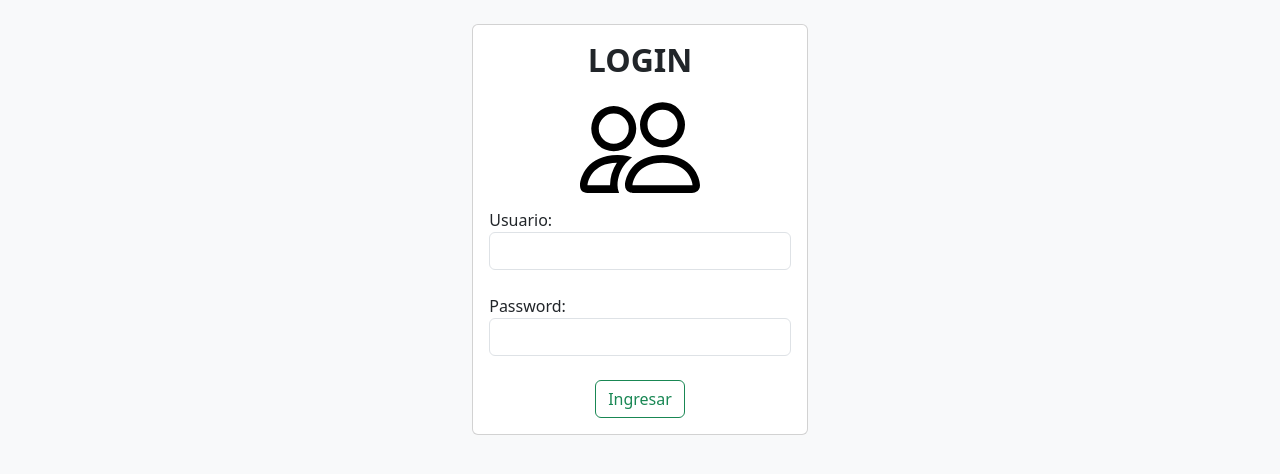
Repository: WilmerOcampo/LP1_Biblioteca
Page: http://localhost/Proyecto/login.jsp
The author's editor kept a copy of each file at every save. The page is drawn from the files as they stood at one save, then again after the next save.
The browser window is 1280 px wide. The pictures show the whole page.
The page is served by Tomcat 10. Other server files are loaded and not shown.

Above is the page before, as saved 2023-05-31 16:20:48.

### Proyecto/src/main/webapp/login.jsp
<%@ page language="java" contentType="text/html; charset=ISO-8859-1"
    pageEncoding="ISO-8859-1"%>
<!DOCTYPE html>
<html>
<head>
<meta charset="ISO-8859-1">
<link href="https://cdn.jsdelivr.net/npm/bootstrap@5.3.0-alpha3/dist/css/bootstrap.min.css" rel="stylesheet" integrity="sha384-KK94CHFLLe+nY2dmCWGMq91rCGa5gtU4mk92HdvYe+M/SXH301p5ILy+dN9+nJOZ" crossorigin="anonymous">
<title>Login</title>
</head>
<body class="bg-light">
	<div class="container mt-4 col-lg-4 d-flex justify-content-center">
		<div class="card col-sm-10">
			<div class="card-body">
				<form action="ValidarServlet" method="POST" class="form-sign">
					<div class="form-group text-center d-flex flex-column justify-content-center align-items-center">
						<h3 style="font-weight: 700; font-size: 2rem; text-transform: uppercase;">Login</h3>
						<img alt="Logo" src="img/people.svg" width="40%">
					</div>
					<div class="form-group">
						<label>Usuario:</label>
						<input type="text" name="usuario" id="usuario" class="form-control">
					</div>
					<br>
					<div class="form-group">
						<label>Password:</label>
						<input type="password" name="password" id="password" class="form-control">
					</div>
					<br>
					<div style="text-align: center">
						<input type="submit" name="accion" value="Ingresar" class="btn btn-outline-success">
					</div>

				</form>
			</div>
		</div>
	</div>
<script src="https://cdn.jsdelivr.net/npm/bootstrap@5.3.0-alpha3/dist/js/bootstrap.bundle.min.js" integrity="sha384-ENjdO4Dr2bkBIFxQpeoTz1HIcje39Wm4jDKdf19U8gI4ddQ3GYNS7NTKfAdVQSZe" crossorigin="anonymous"></script>
</body>
</html>

### Proyecto/src/main/webapp/img/people.svg
<svg xmlns="http://www.w3.org/2000/svg" width="16" height="16" fill="currentColor" class="bi bi-people" viewBox="0 0 16 16">
  <path d="M15 14s1 0 1-1-1-4-5-4-5 3-5 4 1 1 1 1h8Zm-7.978-1A.261.261 0 0 1 7 12.996c.001-.264.167-1.03.76-1.72C8.312 10.629 9.282 10 11 10c1.717 0 2.687.63 3.24 1.276.593.69.758 1.457.76 1.72l-.008.002a.274.274 0 0 1-.014.002H7.022ZM11 7a2 2 0 1 0 0-4 2 2 0 0 0 0 4Zm3-2a3 3 0 1 1-6 0 3 3 0 0 1 6 0ZM6.936 9.28a5.88 5.88 0 0 0-1.23-.247A7.35 7.35 0 0 0 5 9c-4 0-5 3-5 4 0 .667.333 1 1 1h4.216A2.238 2.238 0 0 1 5 13c0-1.01.377-2.042 1.09-2.904.243-.294.526-.569.846-.816ZM4.92 10A5.493 5.493 0 0 0 4 13H1c0-.26.164-1.03.76-1.724.545-.636 1.492-1.256 3.16-1.275ZM1.5 5.5a3 3 0 1 1 6 0 3 3 0 0 1-6 0Zm3-2a2 2 0 1 0 0 4 2 2 0 0 0 0-4Z"/>
</svg>

After the next save:
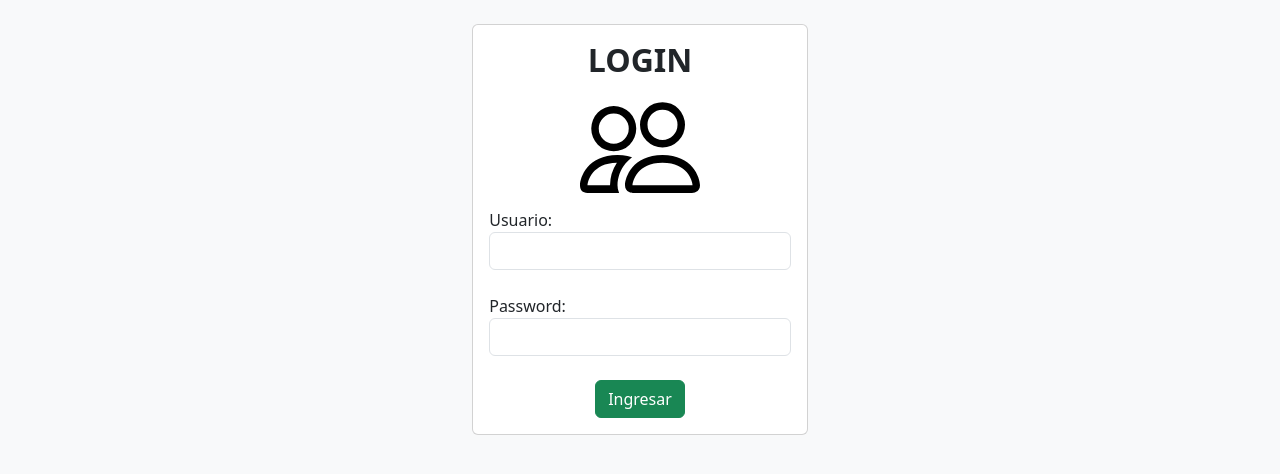
Saved 28 s later.
--- a/Proyecto/src/main/webapp/login.jsp
+++ b/Proyecto/src/main/webapp/login.jsp
@@ -27,7 +27,7 @@
 					</div>
 					<br>
 					<div style="text-align: center">
-						<input type="submit" name="accion" value="Ingresar" class="btn btn-outline-success">
+						<input type="submit" name="accion" value="Ingresar" class="btn btn-success">
 					</div>
 
 				</form>
